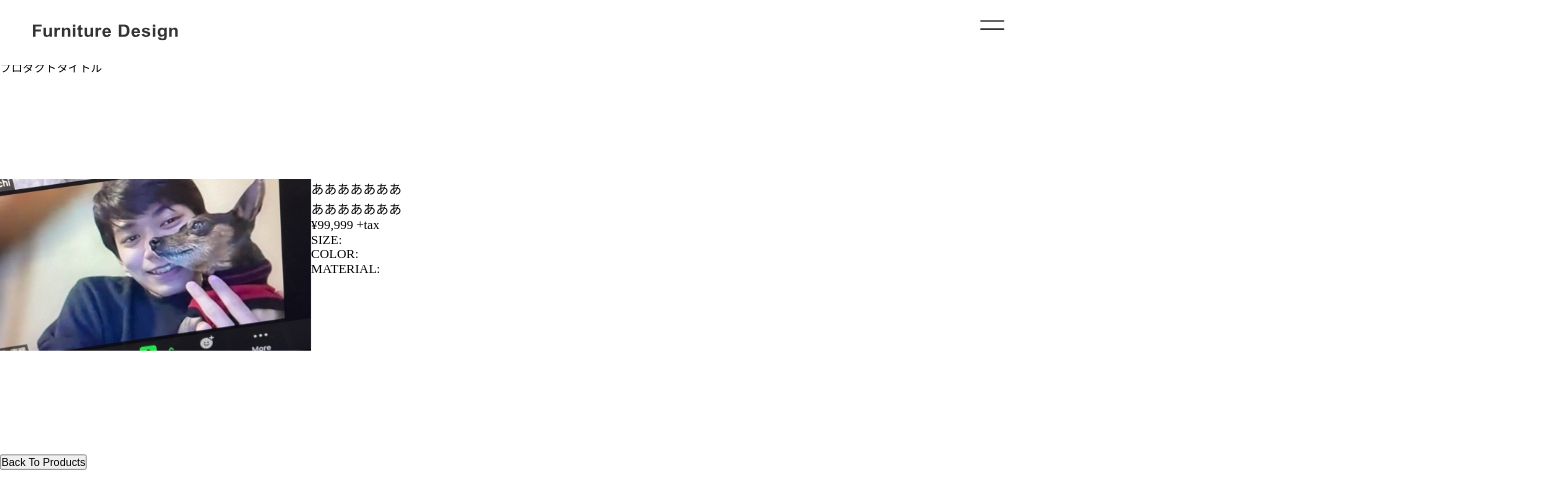
Repository: kohei23n/tenfeet
Page: menbers2/index.html
An editor plug-in stored every save of this project. The page is shown before and after a run of saves, followed by the edit.
The browser window is 1280 px wide. The page is 1920 px wide, so the pictures cover 1920 px, including what lies to the right of the window. The pictures show the whole page, at 81% of full size.

Above is the page before, as saved 2022-02-08 21:48:41.

### menbers2/index.html
<!DOCTYPE html>
<html lang="en">

<head>
    <meta charset="UTF-8" />
    <meta http-equiv="X-UA-Compatible" content="IE=edge" />
    <meta name="viewport" content="width=device-width, initial-scale=1.0" />
    <link rel="stylesheet" href="../reset.css">
    <link rel="stylesheet" href="menbers2.css" />
    <title>Document</title>
</head>

<body>
    <header id="header" class="wrapper open">
        <h1 class="title">
            <a href="index.html">
                <img src="..\img\logo.svg" alt="Furniture Design" />
            </a>
        </h1>
        <nav id="nav">
            <ul class="nav_menu" style="display: none">
                <li><a href="">PRODUCTS</a></li>
                <li><a href="">ABOUT</a></li>
                <li><a href="">COMPANY</a></li>
                <li><a href="">CONTACT</a></li>
            </ul>
        </nav>
        <div class="button">
            <span></span>
            <span></span>
        </div>
    </header>




    <div id="content2"></div>
    <script src="menbers2.js"></script>
</body>

</html>

### reset.css
html, body, div, span, applet, object, iframe,
h1, h2, h3, h4, h5, h6, p, blockquote, pre,
a, abbr, acronym, address, big, cite, code,
del, dfn, em, img, ins, kbd, q, s, samp,
small, strike, strong, sub, sup, tt, var,
b, u, i, center,
dl, dt, dd, ol, ul, li,
fieldset, form, label, legend,
table, caption, tbody, tfoot, thead, tr, th, td,
article, aside, canvas, details, embed,
figure, figcaption, footer, header, hgroup,
menu, nav, output, ruby, section, summary,
time, mark, audio, video {
    margin: 0;
    padding: 0;
    border: 0;
    font-size: 100%;
    font: inherit;
    vertical-align: baseline;
}
/* HTML5 display-role reset for older browsers */
article, aside, details, figcaption, figure,
footer, header, hgroup, menu, nav, section {
    display: block;
}
body {
    /* line-height: 1; */
}
ol, ul {
    list-style: none;
}
blockquote, q {
    quotes: none;
}
blockquote:before, blockquote:after,
q:before, q:after {
    content: '';
    content: none;
}
table {
    border-collapse: collapse;
    border-spacing: 0;
}

### menbers2/menbers2.css
* {
  margin: 0;
  padding: 0;
}

body{
    padding: 5% 0;
}

#header {
  width: 100%;
  height: 80px;
  background-color: #fff;
  display: flex;
  align-items: center;
  justify-content: space-between;
  position: fixed;
  left: 0;
  right: 0;
  top: 0;
  z-index: 10;
}

.wrapper {
  max-width: 1360px;
  padding: 0 40px;
  box-sizing: border-box;
}

h1 {
  display: block;
  font-size: 2em;
  margin-block-start: 0.67em;
  margin-block-end: 0.67em;
  margin-inline-start: 0px;
  margin-inline-end: 0px;
  font-weight: bold;
}

.title a {
  width: 180px;
  line-height: 1px;
  display: block;
}

img {
  max-width: 100%;
}

.open #nav {
  left: 0;
  opacity: 1;
}

/* #nav {
  position: fixed;
  top: 0;
  width: 300px;
  color: #fff;
  padding: 36px 50px;
  transition: all 0.5s;
  z-index: 20;
}

#nav li {
  margin-bottom: 14px;
  list-style: none;
}

#nav a {
  color: #fff;
  text-decoration: none;
  transition: all 0.5s;
} */

.button {
  width: 30px;
  height: 30px;
  position: relative;
  transition: all 0.5s;
  cursor: pointer;
  z-index: 20;
}

.button span:nth-child(1) {
  top: 10px;
}

.button span {
  display: block;
  position: absolute;
  width: 30px;
  height: 2px;
  background-color: #333;
  border-radius: 4px;
  transition: all 0.5s;
}

.member_name{
    font-size: 14px;
    font-weight: 100;
}



.member{
    /* display: block;
    margin-top: 10%; */
}

.member_img{
    width: 20%;
    height: 30%;
}

.section_member{
    margin: 10% 0;
    width: 150%;
    display: flex;
}

### menbers2/menbers2.js
let content = `<h1 class="member_name">プロダクトタイトル</h1>
<section class="section_member">
<img src="../img/9.jpg" alt="" class="member_img">
<div class="member_content">
        <p>あああああああ</p>
        <p>あああああああ</p>
        <p>¥99,999 +tax</p>
        <p>SIZE: </p>
        <p>COLOR: </p>
        <p>MATERIAL:</p>
</div>
</section>
<button class="page_back">Back To Products</button>
`

let content2 = document.getElementById("content2");
content2.insertAdjacentHTML("beforebegin", content);

After the next 3 saves:
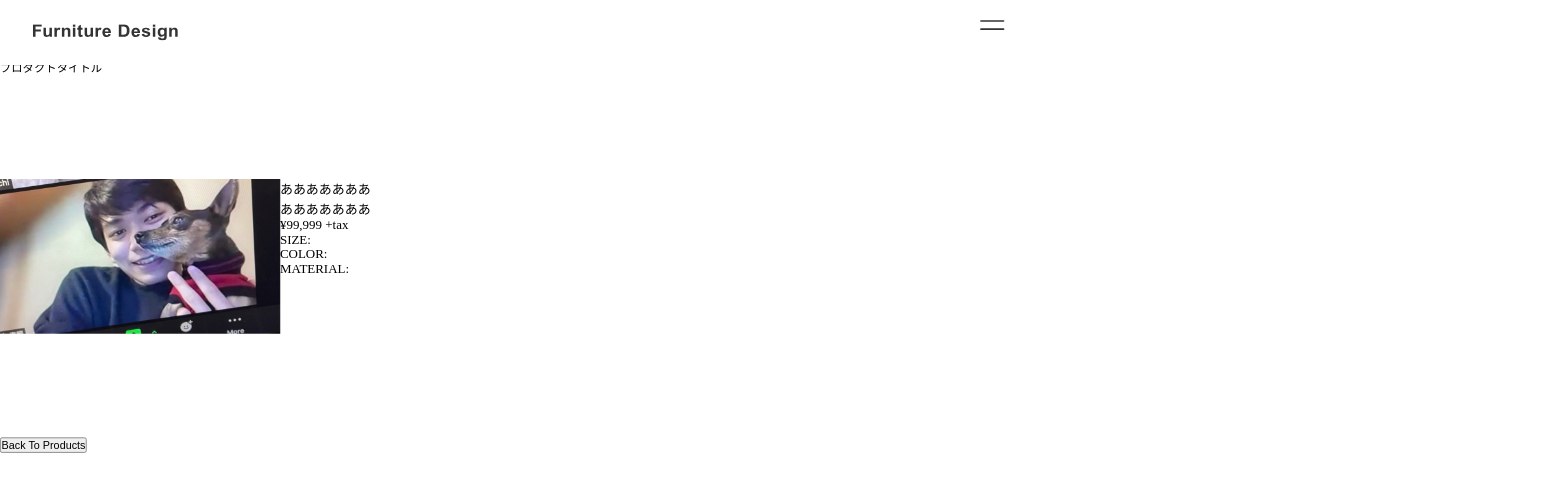
The 3 saves are shown as one change because they came seconds apart.
The last was saved 15 s later.
--- a/menbers2/menbers2.css
+++ b/menbers2/menbers2.css
@@ -109,8 +109,8 @@ img {
 }
 
 .member_img{
-    width: 20%;
-    height: 30%;
+    width: 18%;
+    height: 50%;
 }
 
 .section_member{
